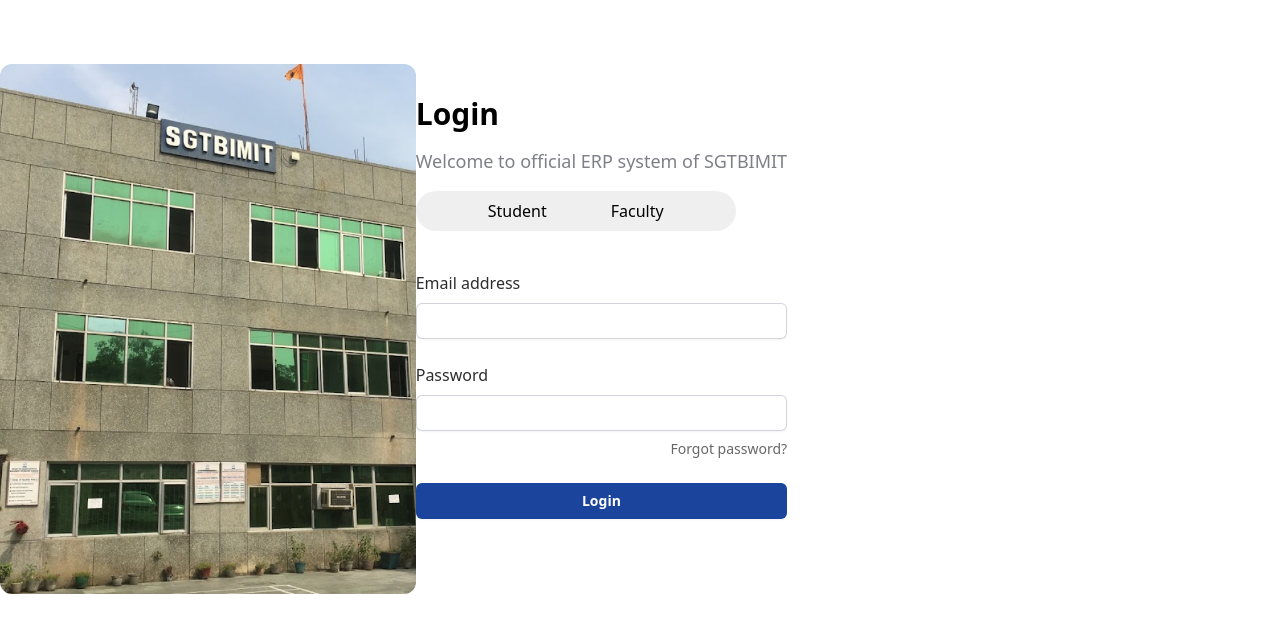
Repository: SehajBindra/SGTBIMIT-ERP-Client
Page: /StudentLogin
An editor plug-in stored every save of this project. The page is shown before and after the next save, followed by the edit.
The browser window is 1280 px wide. The pictures show the whole page.
The project was rebuilt for these pictures with package versions that can differ from the ones it lists, and the page was loaded fresh each time. Also part of the build but not shown: src/LOGIN/Login.js, src/LOGIN/FACULTY/FacultyLogin.js, src/STUDENT_PAGE/StuBody.js, src/STUDENT_PAGE/StuSidebar.js, src/STUDENT_PAGE/StuHeader.js, src/STUDENT_PAGE/StudentHome.js, src/FACULTY_PAGE/FacBody.js, src/FACULTY_PAGE/FacHeader.js and 2 more.

Above is the page before, as saved 2023-05-14 16:27:20.

After the next save:
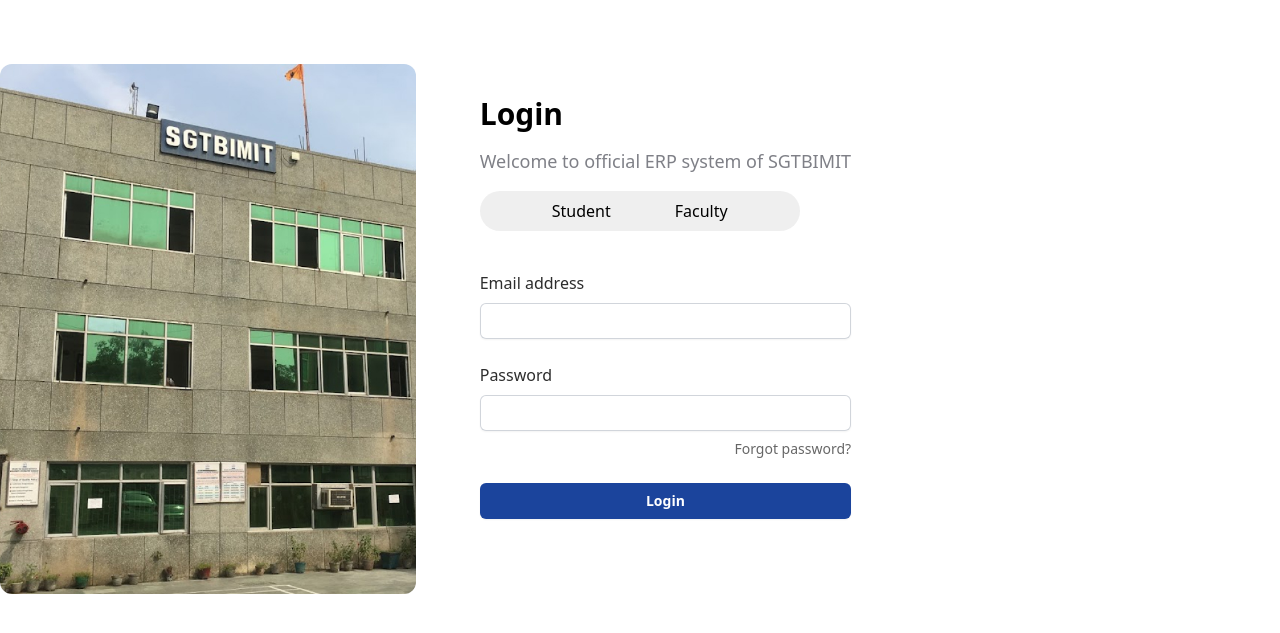
Saved 14 s later.
--- a/src/LOGIN/STUDENT/StudentLogin.js
+++ b/src/LOGIN/STUDENT/StudentLogin.js
@@ -25,7 +25,7 @@
         />
       </div>
 
-      <div className="bg-white text-left flex  flex-col my-8">
+      <div className="bg-white text-left flex  ml-16 flex-col my-8">
         <h2 className="text-3xl  font-semibold">Login</h2>
         <p className="text-[#7F8087] text-[18px] my-4">
           Welcome to official ERP system of SGTBIMIT
